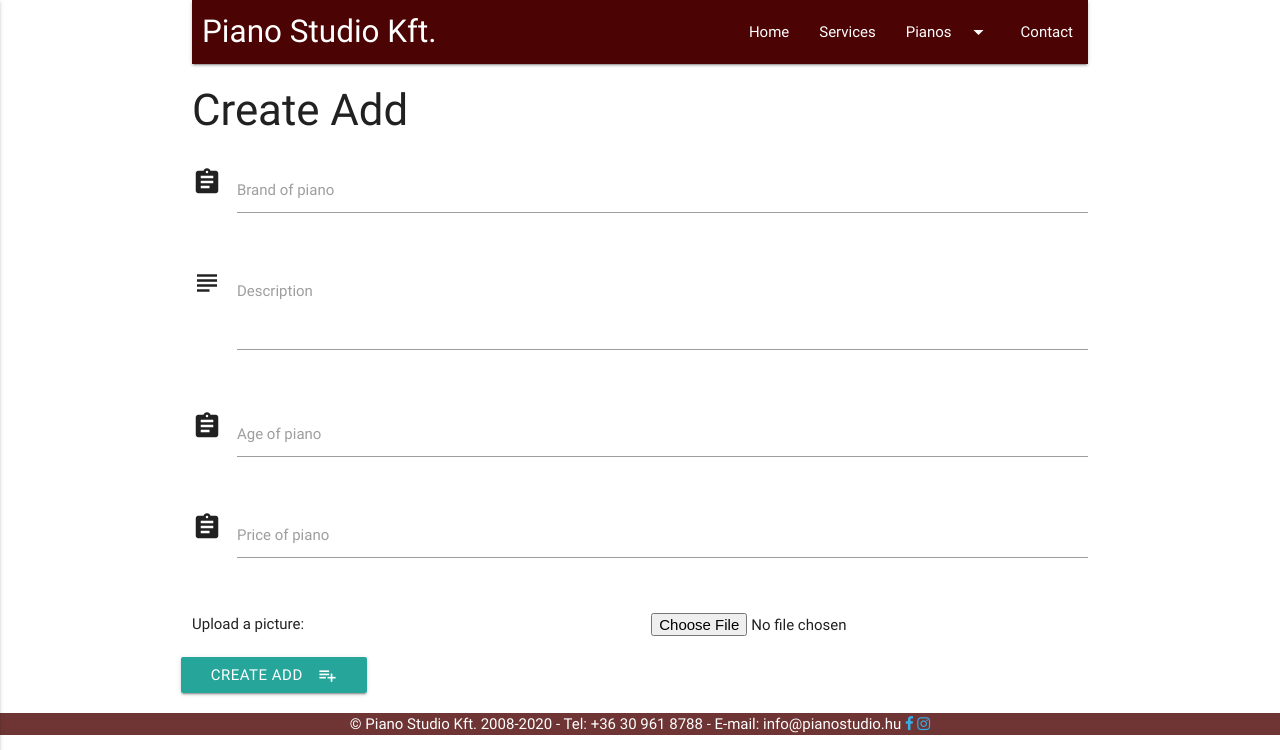
Repository: badiattila/pianostudioheroku
Page: http://localhost/createadd
The author's editor kept a record of every edit. The page is drawn from the files as they stood at one moment, then again after the next edit.
The browser window is 1280 px wide. The pictures show the whole page.
Some web libraries are served in a nearby version. The page is served by the project's application, run on Flask 3 (app.py).

Above is the page before.

After the next edit:
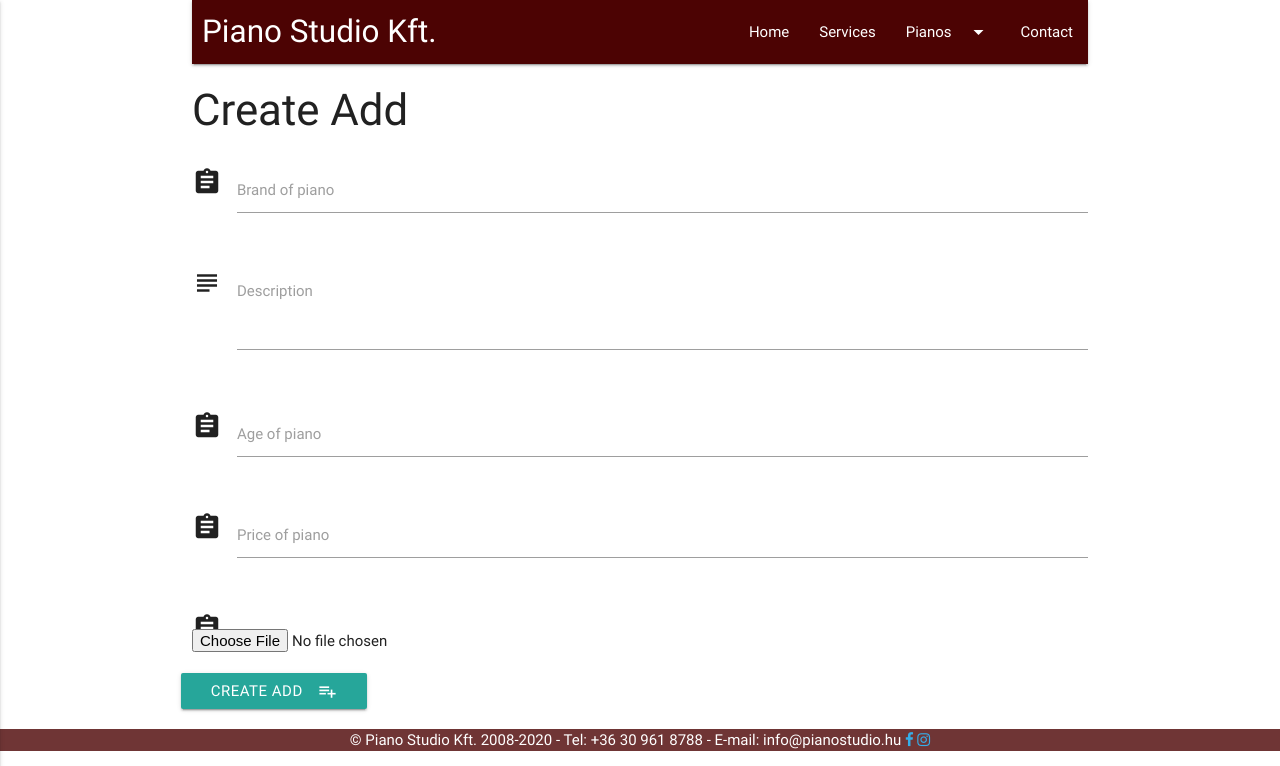
The edit:
--- a/templates/create_add.html
+++ b/templates/create_add.html
@@ -38,7 +38,9 @@
 
     <div class="row">
         <div class="input-field col s6">
-            Upload a picture:
+            <i class="material-icons prefix">assignment</i>
+        </div>
+        <div class="input-field col s6">
         </div>
         <div class="input-field col s6">
             <input id="picture" name="picture" type="file" class="validate">
